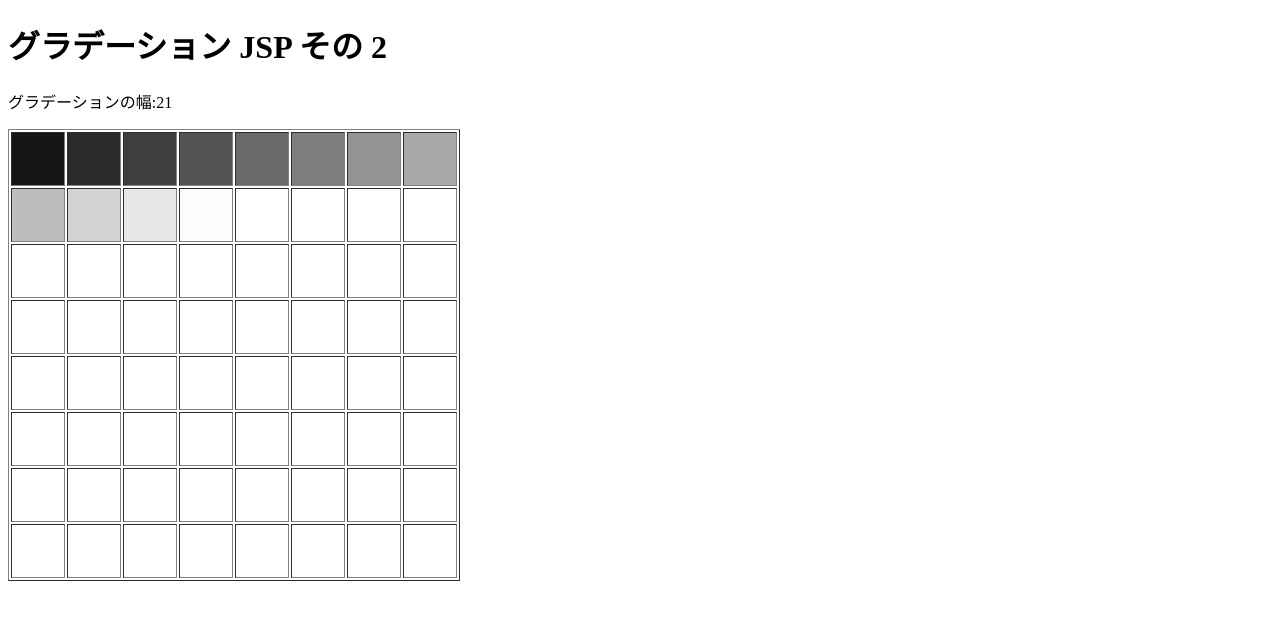
Repository: jh0612/2021_Azure_study
Page: http://localhost/Myproj2/grandientjsp2.jsp
The author's editor kept a copy of each file at every save. The page is drawn from the files as they stood at one save, then again after the next save.
The browser window is 1280 px wide. The pictures show the whole page.
The page is served by Tomcat 9. Other server files are loaded and not shown.

Above is the page before, as saved 2021-12-02 08:20:05.

### Demoforme/Myproj2/src/main/webapp/grandientjsp2.jsp
<%@ page language="java" contentType="text/html; charset=UTF-8"
    pageEncoding="UTF-8"%>
<!DOCTYPE html>
<html>
<head>
<meta charset="UTF-8">
<title>グラデーション JSP その 2</title>
</head>
<body>
<% int add = 21; %>
<h1>グラデーション JSP その 2</h1>
グラデーションの幅:<%= add %><p></p>
<table border="1">
<%
	int color = 0;
	for (int i = 0; i < 8; i++) {
		out.println("<tr>");

		for (int j = 0; j < 8; j++) {
			color += add;
			String colorHex = String.format("%02x", color); // color を 16 進数(2 ケタ)に変換
			String colorHTML = colorHex + colorHex + colorHex; // HTML の色指定形式の作成
			out.println("<td style=\"height: 50px; width: 50px; background-color: #"
			+ colorHTML + "\"><br></td>");
		}
		out.println("</tr>");
	}
%>
</table>
</body>
</html>

After the next save:
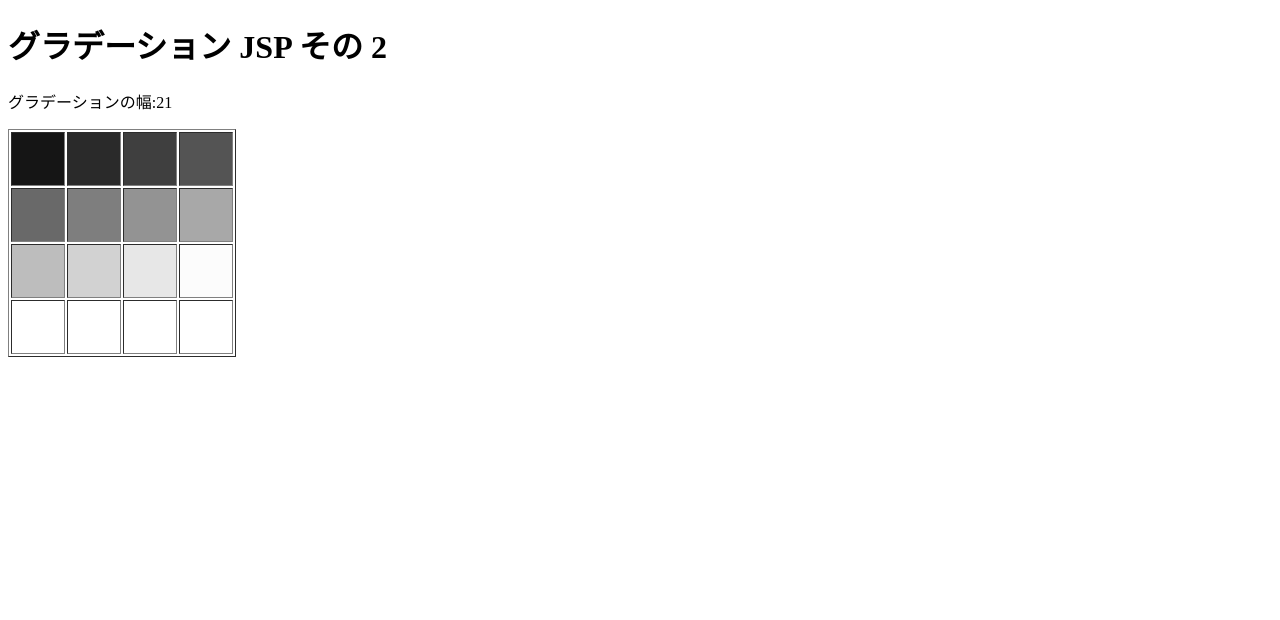
Saved 20 s later.
--- a/Demoforme/Myproj2/src/main/webapp/grandientjsp2.jsp
+++ b/Demoforme/Myproj2/src/main/webapp/grandientjsp2.jsp
@@ -13,10 +13,10 @@
 <table border="1">
 <%
 	int color = 0;
-	for (int i = 0; i < 8; i++) {
+	for (int i = 0; i < 4; i++) {
 		out.println("<tr>");
 
-		for (int j = 0; j < 8; j++) {
+		for (int j = 0; j < 4; j++) {
 			color += add;
 			String colorHex = String.format("%02x", color); // color を 16 進数(2 ケタ)に変換
 			String colorHTML = colorHex + colorHex + colorHex; // HTML の色指定形式の作成
